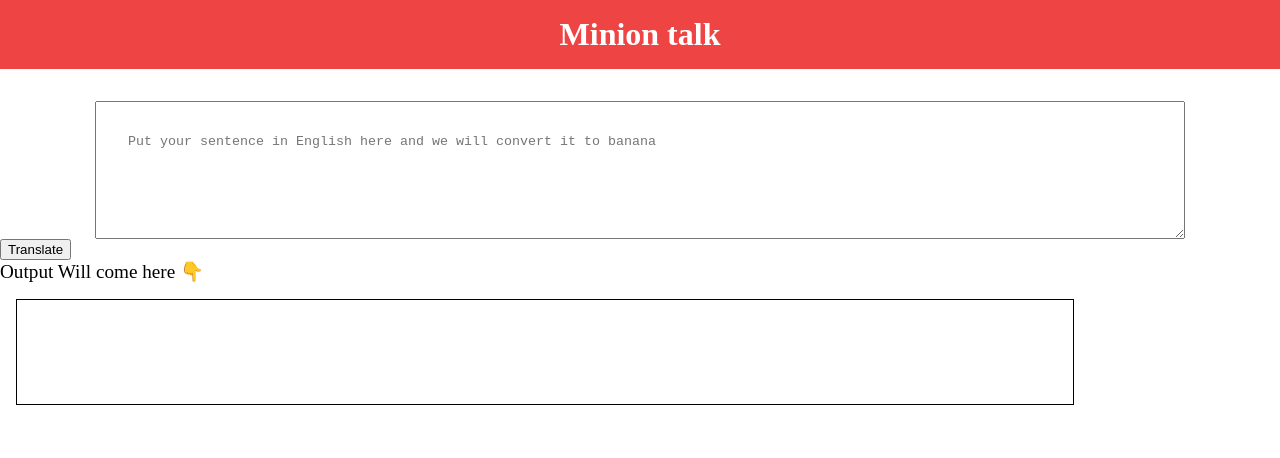
Repository: sohan2503001/Avator-speak
Page: index.html
An editor plug-in stored every save of this project. The page is shown before and after the next save, followed by the edit.
The browser window is 1280 px wide. The pictures show the whole page.

Above is the page before, as saved 2021-04-21 03:39:19.

After the next save:
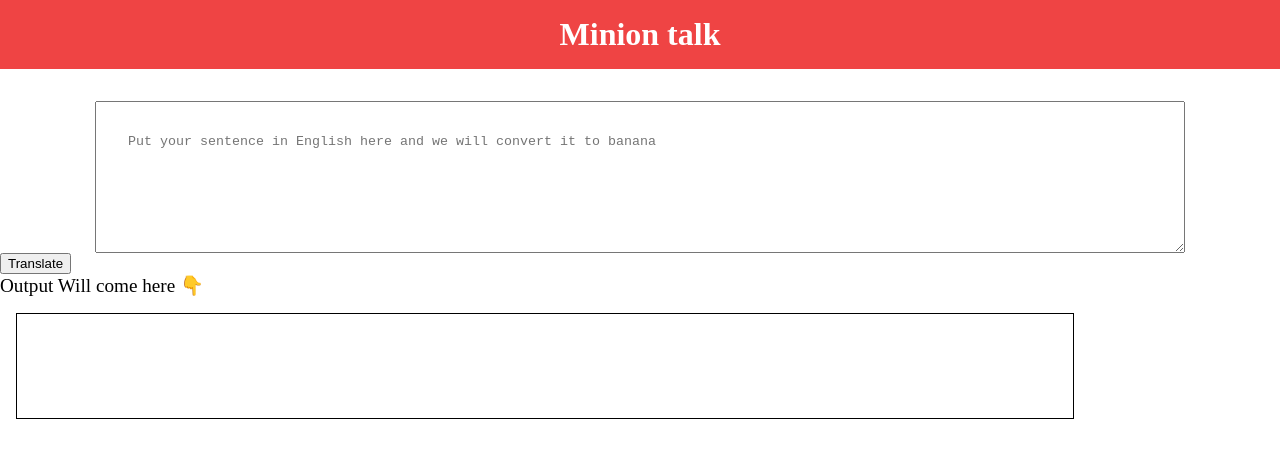
Saved 21 s later.
--- a/style.css
+++ b/style.css
@@ -19,7 +19,7 @@ h1{
 /**Center**/
 textarea{
     width: 80%;
-    height: 10vh;
+    height: 12vh;
     display: block;
     margin: auto;
     margin-top: 2rem;
